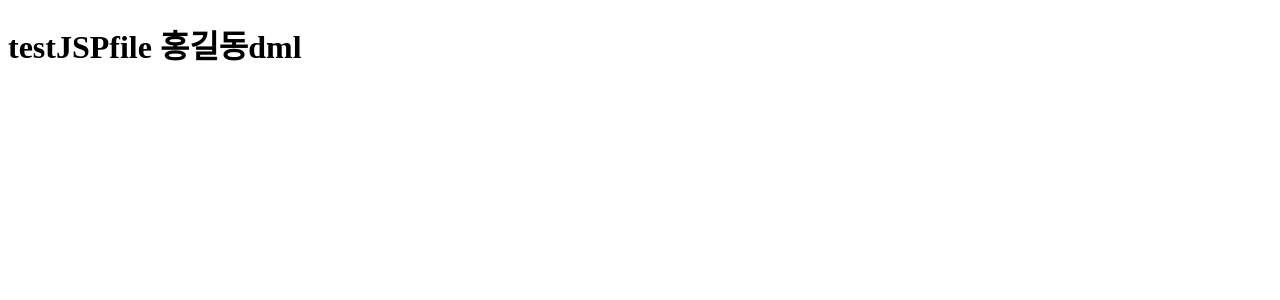
Repository: papepopopy/javascript
Page: http://localhost/webjsp/HelloJSP.jsp
These files come from the project's save history. The page is drawn as it stood at one moment and after the next save; the edit follows.
The browser window is 1280 px wide. The pictures show the whole page.
The page is served by Tomcat 9. Nobody is signed in. The application's start-up code is not run.

Above is the page before, as saved 2024-06-25 06:52:44.

After the next save:
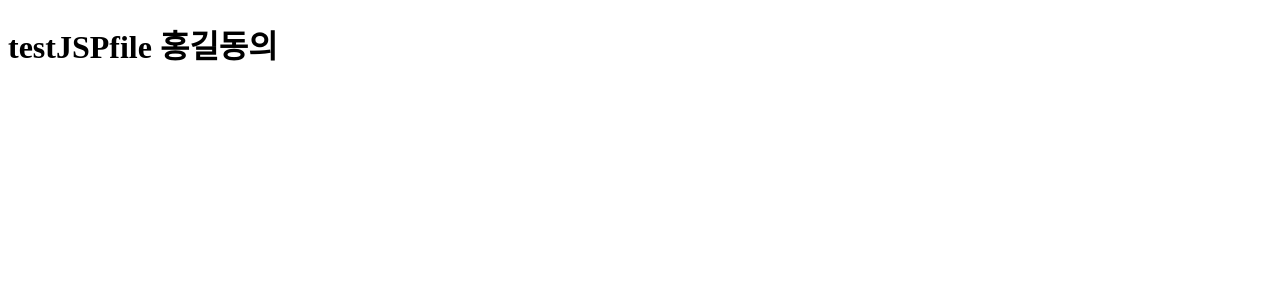
Saved 2 s later.
--- a/jspStudy/jspStudy/webjsp/src/main/webapp/HelloJSP.jsp
+++ b/jspStudy/jspStudy/webjsp/src/main/webapp/HelloJSP.jsp
@@ -11,6 +11,6 @@
 <title>Hello JSP</title>
 </head>
 <body>
-	<h1>test<%= str1 %>file <%= name %>dml</h1>
+	<h1>test<%= str1 %>file <%= name %>의</h1>
 </body>
 </html>
